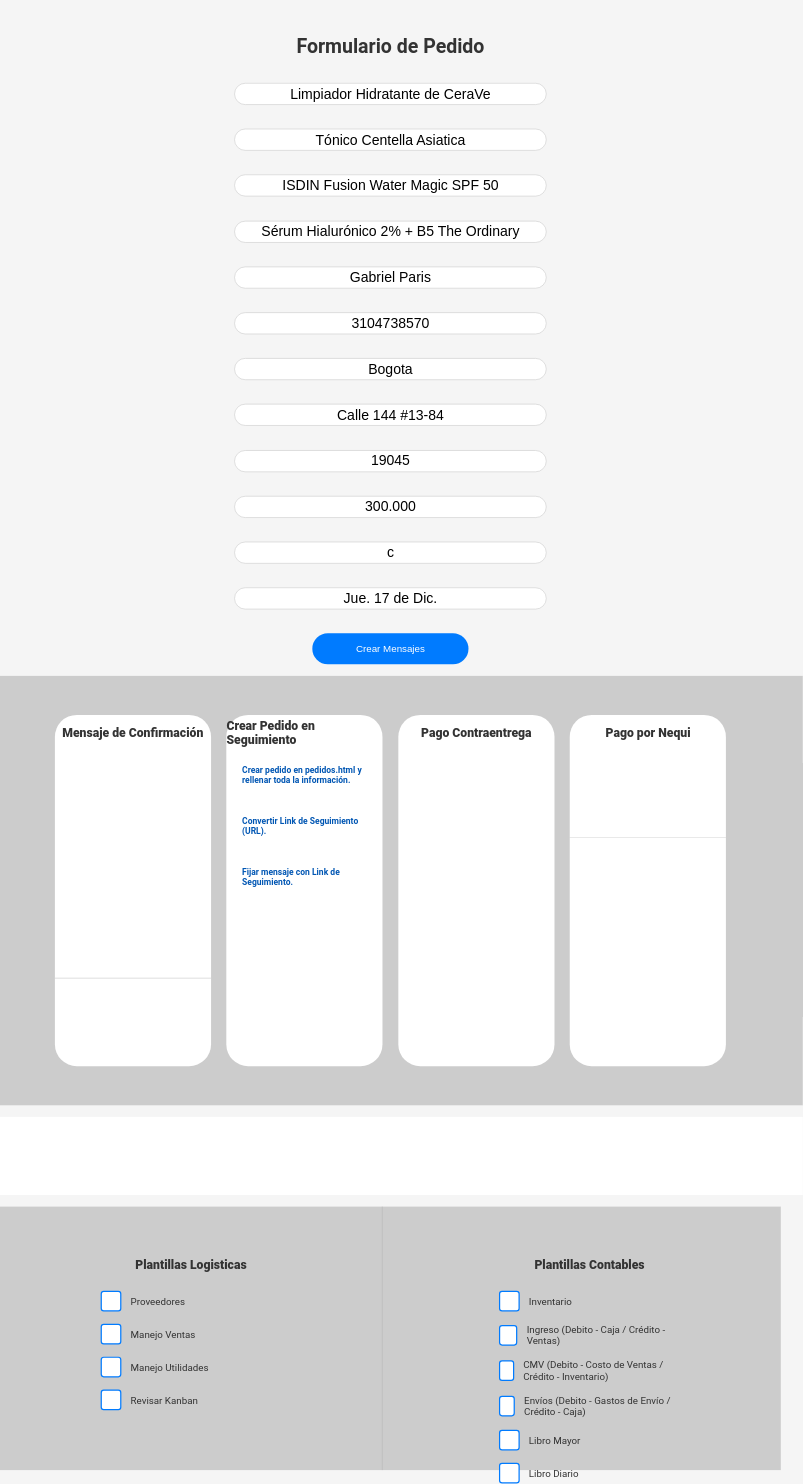
Repository: aCoupon0/intranet
Page: 1/venta-1.html
The author's editor kept a copy of each file at every save. The page is drawn from the files as they stood at one save, then again after the next save.
The browser window is 1280 px wide. The page is 1316 px wide, so the pictures cover 1316 px, including what lies to the right of the window. The pictures show the whole page, at 61% of full size.

Above is the page before, as saved 2024-12-09 16:23:47.

### 1/venta-1.html
<!DOCTYPE html>
<html lang="es">

<head>
    <meta charset="UTF-8">
    <meta name="viewport" content="width=device-width, initial-scale=1.0">
    <title>Intranet DermaBox</title>
    <link rel="stylesheet" href="../css/venta.css">
</head>

<body>
    <h1>Formulario de Pedido</h1>

    <!-- Inputs para los productos -->
    <input type="text" id="input-limpiador" class="input-texto" placeholder="Limpiador" value="Limpiador Hidratante de CeraVe">
    <input type="text" id="input-hidratante" class="input-texto" placeholder="Hidratante" value="Tónico Centella Asiatica">
    <input type="text" id="input-bloqueador" class="input-texto" placeholder="Bloqueador" value="ISDIN Fusion Water Magic SPF 50">
    <input type="text" id="input-potenciador" class="input-texto" placeholder="Potenciador" value="Sérum Hialurónico 2% + B5 The Ordinary">

    <!-- Inputs para los datos del cliente -->
    <input type="text" id="input-nombre" class="input-texto" placeholder="Nombre" value="Gabriel Paris">
    <input type="text" id="input-celular" class="input-texto" placeholder="Celular" value="3104738570">
    <input type="text" id="input-ciudad" class="input-texto" placeholder="Ciudad" value="Bogota">
    <input type="text" id="input-direccion" class="input-texto" placeholder="Dirección" value="Calle 144 #13-84">

    <!-- Inputs para código, cobro y método -->
    <input type="text" id="input-codigo" class="input-texto" placeholder="Código" value="19045">
    <input type="text" id="input-cobro" class="input-texto" placeholder="Cobro" value="300.000">
    <input type="text" id="input-metodo" class="input-texto" placeholder="Método de Pago" value="c">
    <input type="text" id="input-fecha" class="input-texto" placeholder="Fecha de Llegada" value="Jue. 17 de Dic.">

    <!-- Botón para enviar -->
    <button id="boton-enviar" class="boton-enviar">Crear Mensajes</button>

    <div class="primera-fase">
        <div class="section-dual">
            <div class="section-dual-title">Mensaje de Confirmación</div>
            <div class="section-dual-1"></div>
            <div class="section-dual-2"></div>
        </div>
        <div class="section-dual">
            <div class="section-dual-title">Crear Pedido en Seguimiento</div>
            <div class="section-dual-instruction">Crear pedido en pedidos.html y rellenar toda la información.</div>
            <div class="section-dual-instruction">Convertir Link de Seguimiento (URL).</div>
            <div class="section-dual-instruction">Fijar mensaje con Link de Seguimiento.</div>
        </div>
        <div class="section-dual">
            <div class="section-dual-title">Pago Contraentrega</div>
            <div class="section-dual-3"></div>
        </div>
        <div class="section-dual">
            <div class="section-dual-title">Pago por Nequi</div>
            <div class="section-dual-4"></div>
            <div class="section-dual-5"></div>
        </div>

    </div>

    <div class="segunda-fase">

    </div>

    <div class="tercera-fase">
        <div class="tercera-fase-1">
            <p class="tercera-title">Plantillas Logisticas</p>
            <div class="instruccion-logistica">
                <div class="checkbox" onclick="toggleCheckbox(this)"></div>
                <div class="instruccion">Proveedores</div>
            </div>
            <div class="instruccion-logistica">
                <div class="checkbox" onclick="toggleCheckbox(this)"></div>
                <div class="instruccion">Manejo Ventas</div>
            </div>
            <div class="instruccion-logistica">
                <div class="checkbox" onclick="toggleCheckbox(this)"></div>
                <div class="instruccion">Manejo Utilidades</div>
            </div>
            <div class="instruccion-logistica">
                <div class="checkbox" onclick="toggleCheckbox(this)"></div>
                <div class="instruccion">Revisar Kanban</div>
            </div>
        </div>
        <div class="tercera-fase-2">
            <p class="tercera-title">Plantillas Contables</p>
            <div class="instruccion-logistica">
                <div class="checkbox" onclick="toggleCheckbox(this)"></div>
                <div class="instruccion">Inventario</div>
            </div>
            <div class="instruccion-logistica">
                <div class="checkbox" onclick="toggleCheckbox(this)"></div>
                <div class="instruccion">Ingreso (Debito - Caja  /  Crédito - Ventas)</div>
            </div>
            <div class="instruccion-logistica">
                <div class="checkbox" onclick="toggleCheckbox(this)"></div>
                <div class="instruccion">CMV (Debito - Costo de Ventas  /  Crédito - Inventario)</div>
            </div>
            <div class="instruccion-logistica">
                <div class="checkbox" onclick="toggleCheckbox(this)"></div>
                <div class="instruccion">Envíos (Debito - Gastos de Envío  /  Crédito - Caja)</div>
            </div>
            <div class="instruccion-logistica">
                <div class="checkbox" onclick="toggleCheckbox(this)"></div>
                <div class="instruccion">Libro Mayor</div>
            </div>
            <div class="instruccion-logistica">
                <div class="checkbox" onclick="toggleCheckbox(this)"></div>
                <div class="instruccion">Libro Diario</div>
            </div>
        </div>
    </div>

    <script src="../js/ventas-shared.js"></script>
</body>

</html>

### css/venta.css
body {
    font-family: 'Roboto', system-ui, -apple-system, BlinkMacSystemFont, 'Segoe UI', sans-serif;
    margin: 0;
    padding: 0;
    display: flex;
    justify-content: center;
    align-items: center;
    height: auto;
    flex-direction: column;
    background-color: #f5f5f5;
    color: #333;
    gap: 1.5vw;
    padding-top: 5vh;
}

input {
    width: 40vw; /* Ocupa el 80% del ancho del contenedor */
    height: 5vh; /* Altura dinámica según el viewport */
    padding: 5px;
    font-size: 23px;
    border: 1px solid #ccc;
    border-radius: 5vw;
    margin-bottom: 20px; /* Separación del botón */
    box-sizing: border-box;
    text-align: center;
}

.boton-enviar {
    width: 20%; /* Mismo ancho que el input */
    padding: 10px;
    height: 7vh; /* Misma altura que el input */
    font-size: 1rem;
    background-color: #007BFF;
    color: white;
    border: none;
    border-radius: 5vw;
    cursor: pointer;
    transition: background-color 0.3s;
    text-align: center;
}

.boton-enviar:hover {
    background-color: #0056b3;
}


.primera-fase {
    width: 100%;
    height: auto;
    padding: 5% 5vh 5% 5vh;
    display: flex;
    justify-content: center;
    align-content: center;
    background-color: #ccc;
    flex-direction: row;
    gap: 2%;
}

.section-dual {
    width: 20%;
    height: 80vh;
    border-radius: 5vh;
    display: flex;
    flex-direction: column;
    background-color: #ffffff;
    justify-content: flex-start;
    align-items: center;
}

.section-dual-title {
    width: 100%;
    height: 10%;
    display: flex;
    justify-content: center;
    align-items: center;
    font-size: 20px;
    font-weight: 800;
}

.section-dual-instruction {
    width: 100%;
    height: auto;
    display: flex;
    justify-content: flex-start;
    align-items: center;
    font-size: 14px;
    font-weight: 600;
    padding: 10%;
    box-sizing: border-box;
    color: #0056b3;
}

.section-dual-1 {
    width: 100%;
    height: 65%;
    border-bottom: 1px solid rgba(128, 128, 128, 0.339);
    display: flex;
    justify-content: flex-start;
    align-items: center;
    text-align: left;
    box-sizing: border-box;
    font-size: 13px;
    font-weight: 400;
    padding: 5%;
}


.section-dual-2 {
    width: 100%;
    height: 25%;
    display: flex;
    justify-content: flex-start;
    align-items: center;
    text-align: left;
    box-sizing: border-box;
    font-size: 13px;
    font-weight: 400;
    padding: 5%;
}

.section-dual-3 {
    width: 100%;
    height: 75%;
    display: flex;
    justify-content: flex-start;
    align-items: center;
    text-align: left;
    flex-direction: column;
    box-sizing: border-box;
    font-size: 13px;
    font-weight: 400;
    padding: 5%;
}

.section-dual-4 {
    width: 100%;
    height: 25%;
    border-bottom: 1px solid rgba(128, 128, 128, 0.339);
    display: flex;
    justify-content: flex-start;
    align-items: center;
    text-align: left;
    box-sizing: border-box;
    font-size: 13px;
    font-weight: 400;
    padding: 5%;
}


.section-dual-5 {
    width: 100%;
    height: 65%;
    display: flex;
    justify-content: flex-start;
    align-items: center;
    text-align: left;
    box-sizing: border-box;
    font-size: 13px;
    font-weight: 400;
    padding: 5%;
    flex-direction: column;
}


.segunda-fase {
    width: 100%;
    height: auto;
    padding: 5% 5vh 5% 5vh;
    display: flex;
    justify-content: center;
    align-content: center;
    background-color: #ffffff;
    flex-direction: column;
}

.producto-item {
    display: flex;
    align-items: center;
    justify-content: center;
    width: 100%;
    height: auto;
    padding: 3% 10% 3% 10%;
    box-sizing: border-box;
}

.producto-checkbox {
    width: 50px; /* Tamaño de la checkbox */
    height: 50px; /* Tamaño de la checkbox */
    cursor: pointer; /* Cambia el cursor para indicar interactividad */
    display: flex;
    justify-content: center;
    align-items: center;
}

.producto-checkbox input[type="checkbox"] {
    width: 25px; /* Ancho del área del checkbox */
    height: 25px; /* Alto del área del checkbox */
    cursor: pointer; /* Cambia el cursor para indicar interactividad */
    accent-color: #007BFF; /* Cambia el color del checkbox (en navegadores compatibles) */
    margin-right: 10px; /* Espacio entre el checkbox y el texto */
}

.producto-item span {
    font-size: 18px; /* Tamaño del texto */
    line-height: 1.5; /* Espaciado para mejor lectura */
    font-weight: 800; /* Peso de la fuente para hacerla más visible */
    color: #333; /* Color del texto */
    font-size: 30px;
}




.tercera-fase {
    width: 100%;
    height: auto;
    display: flex;
    justify-content: center;
    align-content: center;
    flex-direction: row;
    background-color: #ccc;
    flex-direction: row;
    gap: 2%;
}


.tercera-fase-1 {
    width: 50%;
    height: 60vh;
    border-right: 1px solid rgb(184, 184, 184);
    display: flex;
    justify-content: flex-start;
    align-items: center;
    flex-direction: column;
    padding: 5% 10% 5% 10%;
    box-sizing: border-box;
    text-align: left;
}

.tercera-fase-2 {
    width: 50%;
    height: 60vh;
    display: flex;
    justify-content: flex-start;
    align-items: center;
    flex-direction: column;
    padding: 5% 10% 5% 10%;
    box-sizing: border-box;
    text-align: left;
}

.tercera-title {
    font-size: 20px;
    font-weight: 800;
}


.instruccion-logistica {
    display: flex; /* Alinea los elementos horizontalmente */
    align-items: center; /* Centra los elementos verticalmente */
    width: 80%; /* Ancho del contenedor */
    height: auto; /* Altura automática */
    margin: 10px 0; /* Espaciado vertical */
}

/* Checkbox personalizado */
.checkbox {
    width: 30px; /* Tamaño del checkbox */
    height: 30px;
    background-color: white; /* Color inicial (blanco) */
    border: 2px solid #007BFF; /* Borde azul */
    border-radius: 5px; /* Bordes redondeados */
    cursor: pointer; /* Cambia el cursor al pasar por encima */
    margin-right: 15px; /* Espaciado respecto al texto */
    transition: background-color 0.3s ease; /* Animación al cambiar el color */
}

/* Instrucción a la derecha */
.instruccion {
    font-size: 16px; /* Tamaño de fuente */
    color: #333; /* Color del texto */
}

### js/ventas-shared.js
document.getElementById("boton-enviar").addEventListener("click", () => {
    const nombre = document.getElementById("input-nombre").value.trim();
    const codigo = document.getElementById("input-codigo").value.trim();
    const limpiador = document.getElementById("input-limpiador").value.trim();
    const hidratante = document.getElementById("input-hidratante").value.trim();
    const bloqueador = document.getElementById("input-bloqueador").value.trim();
    const potenciador = document.getElementById("input-potenciador").value.trim();
    const ciudad = document.getElementById("input-ciudad").value.trim();
    const direccion = document.getElementById("input-direccion").value.trim();
    const cobro = document.getElementById("input-cobro").value.trim();

    // Construir el mensaje con saltos de línea en HTML
    let mensaje = `Hola *${nombre}*.<br><br>Gracias por tu compra en DermaBox. Tu pedido *#${codigo}* ha sido confirmado y está en preparación.<br><br>Por favor confirma los siguientes datos:<br><br>*Pedido*<br>`;

    if (limpiador) mensaje += ` - *${limpiador}*<br>`;
    if (hidratante) mensaje += ` - *${hidratante}*<br>`;
    if (bloqueador) mensaje += ` - *${bloqueador}*<br>`;
    if (potenciador) mensaje += ` - *${potenciador}*<br>`;
    if (cobro) mensaje += ` - *${cobro}*<br>`;

    mensaje += `<br>*Información del Cliente*<br>`;
    if (nombre) mensaje += ` - *${nombre}*<br>`;
    if (ciudad) mensaje += ` - *${ciudad}*<br>`;
    if (direccion) mensaje += ` - *${direccion}*<br>`;


    // Mostrar el mensaje en el div correspondiente
    const sectionDual1 = document.querySelector(".section-dual-1");
    sectionDual1.innerHTML = mensaje; // Asignar el HTML con saltos de línea


    // Construir el mensaje para section-dual-2
    const mensaje2 = `Para hacer el envío necesitamos los siguientes datos:<br><br> - Número de cédula<br> - Detalles de dirección (Casa, Conjunto, Edificio...)<br>`;

    // Mostrar el mensaje en section-dual-2
    const sectionDual2 = document.querySelector(".section-dual-2");
    sectionDual2.innerHTML = mensaje2;



    const metodoPago = document.querySelector("#input-metodo").value;
    const fechaLlegada = document.querySelector("#input-fecha").value; // Asegúrate de que esta variable obtenga el input correcto para la fecha.
    const linkSeguimiento = "https://tu-link-de-seguimiento.com"; // Proporciona aquí el link de seguimiento.

    if (metodoPago === "n") {
        // Rellenar section-dual-4
        const sectionDual4 = document.querySelector(".section-dual-4");
        sectionDual4.innerHTML = `
            Perfecto!<br>
            Indicaste que preferías el pago por Nequi, aquí tienes los datos para realizar el envío:
        `;

        // Rellenar section-dual-5
        const sectionDual5 = document.querySelector(".section-dual-5");
        sectionDual5.innerHTML = `
            Super!<br>
            Tu DermaBox está en camino y llegará aproximadamente el *${fechaLlegada}*. Aquí está el
            <a href="${linkSeguimiento}" target="_blank">*Link de Seguimiento*</a>.<br>
            Aquí puedes revisar nuevamente cómo aplicar tu rutina, acceder al *Qué Hacer Hoy* y muchas más cosas.<br>
            Dicho esto, muchas gracias por confiar en nosotros. Estaremos atentos a cualquier pregunta que puedas tener.<br>
            Y no te olvides de seguir las precauciones recomendadas.<br>
            ¡Hasta Pronto!
        `;
    } else if (metodoPago === "c") {
        // Rellenar section-dual-5
        const sectionDual3 = document.querySelector(".section-dual-3");
        sectionDual3.innerHTML = `
            Super!<br>
            Tu DermaBox está en camino y llegará aproximadamente el *${fechaLlegada}*.<br>
            Recuerda tener el dinero preparado o dejarlo en casa si no estarás presente al momento de la entrega.<br>
            Aquí está el <a href="${linkSeguimiento}" target="_blank">Link de Seguimiento</a>, aquí puedes revisar nuevamente la rutina, acceder al *Qué Hacer Hoy* y muchas más cosas.<br>
            Dicho esto, muchas gracias por confiar en nosotros. Estaremos atentos a cualquier pregunta que puedas tener.<br>
            ¡Hasta Pronto!
        `;
    }





    const segundaFase = document.querySelector(".segunda-fase");
    segundaFase.innerHTML = ""; // Limpia el contenido existente antes de agregar la lista.

    // Inputs de los productos
    const productos = [
        { id: "input-limpiador", nombre: "Limpiador" },
        { id: "input-hidratante", nombre: "Hidratante" },
        { id: "input-bloqueador", nombre: "Bloqueador" },
        { id: "input-potenciador", nombre: "Potenciador" },
    ];

    // Crear una lista dinámica
    productos.forEach(producto => {
        const valor = document.querySelector(`#${producto.id}`).value.trim();

        if (valor) {
            // Crear un contenedor para cada item
            const itemContainer = document.createElement("div");
            itemContainer.className = "producto-item";
            itemContainer.style.display = "flex";
            itemContainer.style.alignItems = "center";
            itemContainer.style.marginBottom = "8px";

            // Crear la checkbox
            const checkbox = document.createElement("input");
            checkbox.type = "checkbox";
            checkbox.className = "producto-checkbox";
            checkbox.style.marginRight = "10px";

            // Crear el texto del producto
            const texto = document.createElement("span");
            texto.textContent = valor;

            // Agregar checkbox y texto al contenedor
            itemContainer.appendChild(checkbox);
            itemContainer.appendChild(texto);

            // Agregar el contenedor a la segunda-fase
            segundaFase.appendChild(itemContainer);
        }
    });
});



// Función para alternar el color del checkbox
function toggleCheckbox(element) {
    // Cambia el color del fondo según el estado actual
    if (element.style.backgroundColor === "rgb(0, 123, 255)") {
        element.style.backgroundColor = "white"; // Vuelve al color blanco
    } else {
        element.style.backgroundColor = "#007BFF"; // Cambia al azul
    }
}

After the next save:
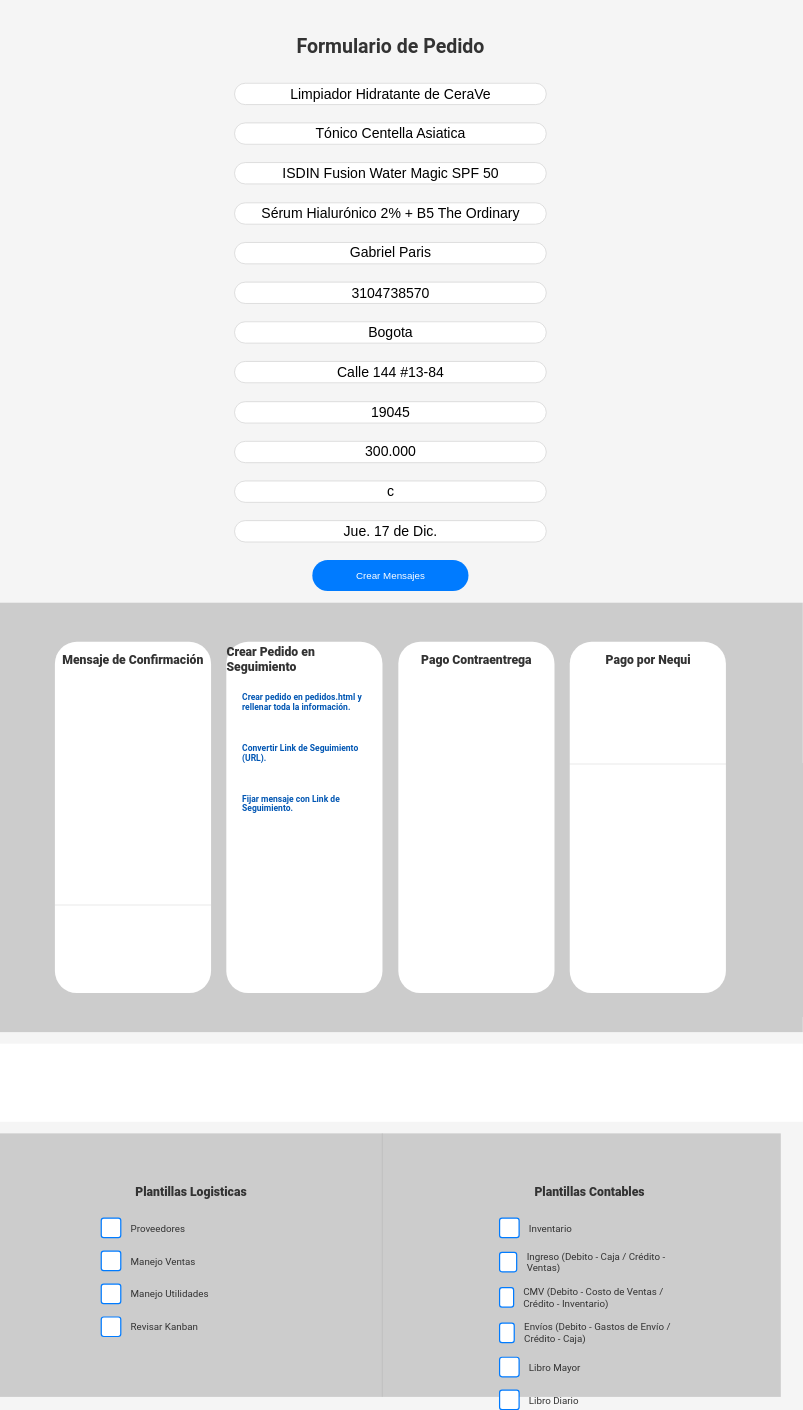
Saved 10 s later.
--- a/css/venta.css
+++ b/css/venta.css
@@ -20,7 +20,7 @@ input {
     font-size: 23px;
     border: 1px solid #ccc;
     border-radius: 5vw;
-    margin-bottom: 20px; /* Separación del botón */
+    margin-bottom: 10px; /* Separación del botón */
     box-sizing: border-box;
     text-align: center;
 }
